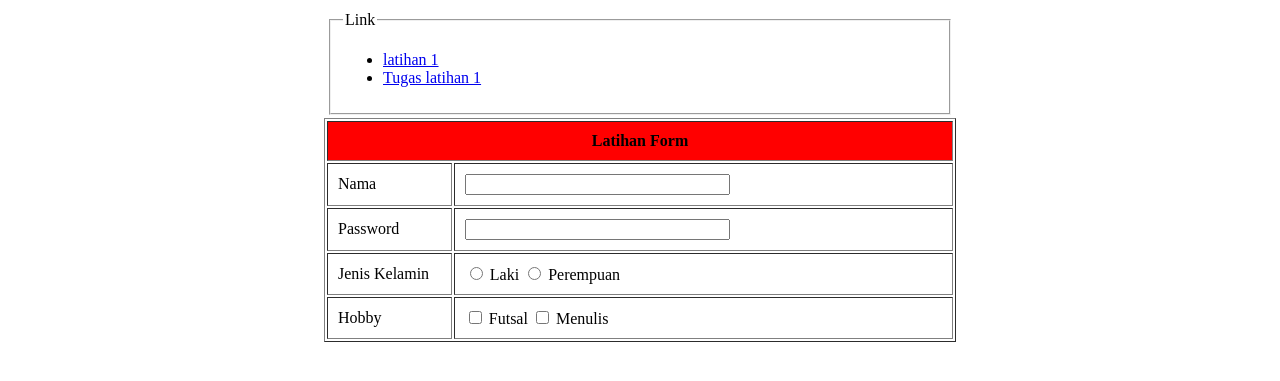
Repository: AHSANS354/tugas-sib5
Page: latihanform.html
These files come from the project's save history. The page is drawn as it stood at one moment and after the next save; the edit follows.
The browser window is 1280 px wide. The pictures show the whole page.

Above is the page before, as saved 2023-08-21 11:38:30.

### latihanform.html
<!DOCTYPE html>
<html lang="en">
  <head>
    <meta charset="UTF-8" />
    <meta name="viewport" content="width=device-width, initial-scale=1.0" />
    <title>Document</title>
  </head>
  <body>
    <table width="50%" align="center">
      <tr>
        <td>
          <fieldset>
            <legend>Link</legend>
            <ul>
              <li>
                <a href="/latihan1.html" target="_blank">latihan 1</a>
              </li>
              <li>
                <a href="/list.html" target="_blank">Tugas latihan 1</a>
              </li>
            </ul>
          </fieldset>
        </td>
      </tr>
    </table>

    <table border="1" width="50%" align="center" cellpadding="10">
      <tr>
        <th colspan="2" bgcolor="red">Latihan Form</th>
      </tr>
      <tr>
        <td width="20%">Nama</td>
        <td>
          <input type="text" size="30" />
        </td>
      </tr>
      <tr>
        <td width="20%">Password</td>
        <td>
          <input type="password" size="30" />
        </td>
      </tr>
      <tr>
        <td width="20%">Jenis Kelamin</td>
        <td><input type="radio" name="jk" value="L" /> Laki <input type="radio" name="jk" value="P" /> Perempuan</td>
      </tr>
      <tr>
        <td width="20%">Hobby</td>
        <td><input type="checkbox" name="hb" value="futsal" /> Futsal <input type="checkbox" name="hb" value="Menulis" /> Menulis</td>
      </tr>
    </table>
  </body>
</html>

After the next save:
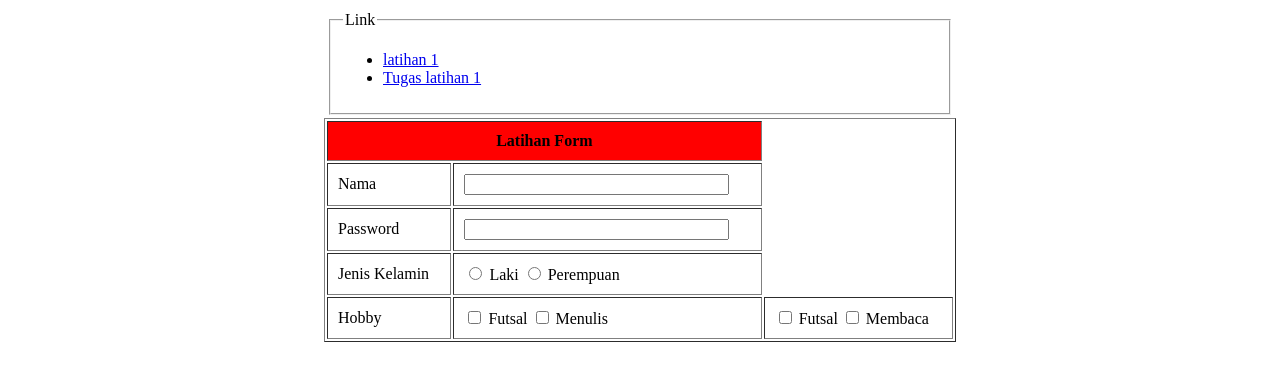
Saved 39 s later.
--- a/latihanform.html
+++ b/latihanform.html
@@ -47,6 +47,7 @@
       <tr>
         <td width="20%">Hobby</td>
         <td><input type="checkbox" name="hb" value="futsal" /> Futsal <input type="checkbox" name="hb" value="Menulis" /> Menulis</td>
+        <td><input type="checkbox" name="hb" value="futsal" /> Futsal <input type="checkbox" name="hb" value="Membaca" /> Membaca</td>
       </tr>
     </table>
   </body>
